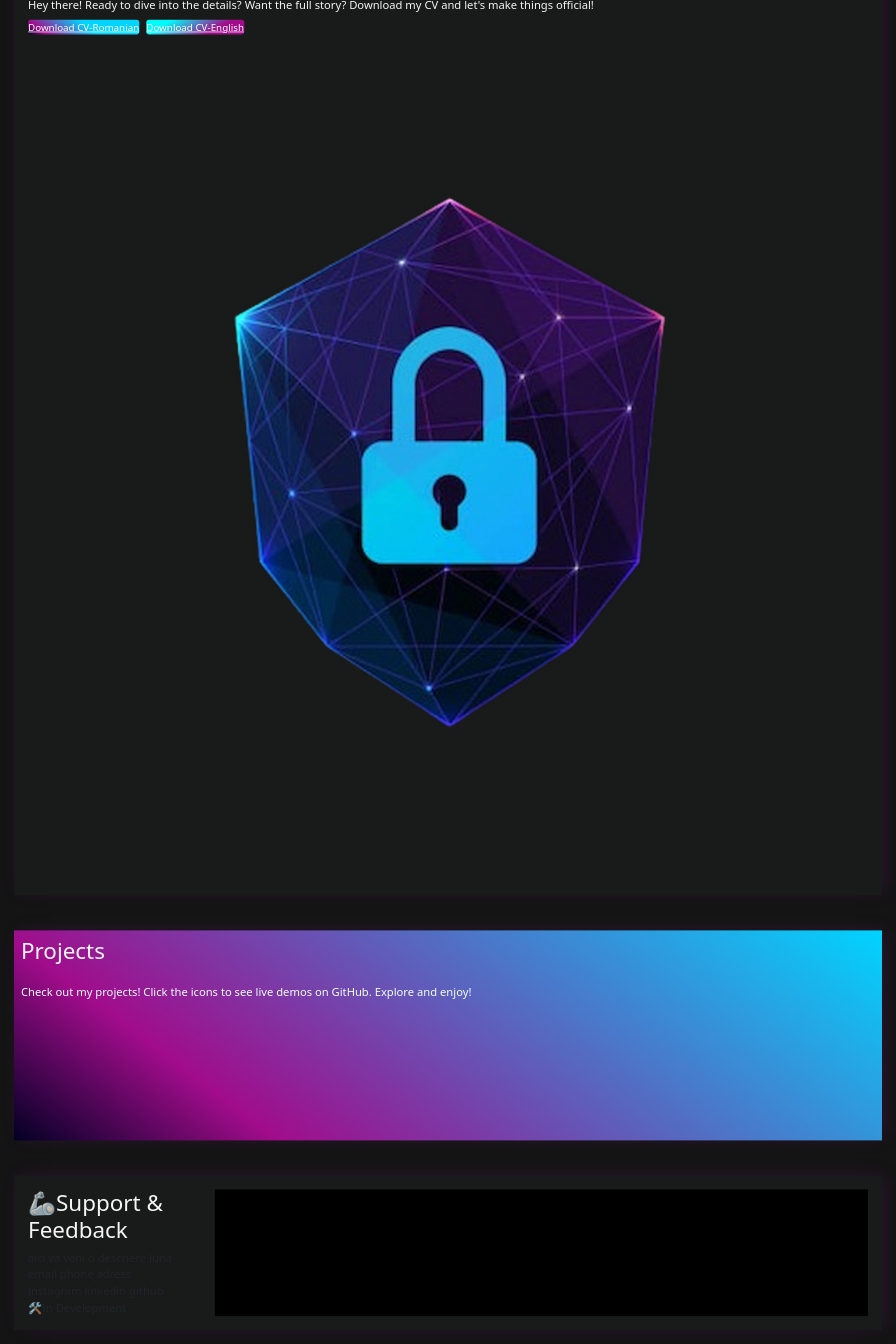
Repository: Sebastiand22/portfolio
Page: index.html
These files come from the project's save history. The page is drawn as it stood at one moment and after the next save; the edit follows.
The browser window is 1280 px wide. The pictures show the part of the page from y = 1893 to 3813 px (the page is 3813 px tall), at 70% of full size.

Above is the page before, as saved 2024-09-15 17:31:49.

After the next save:
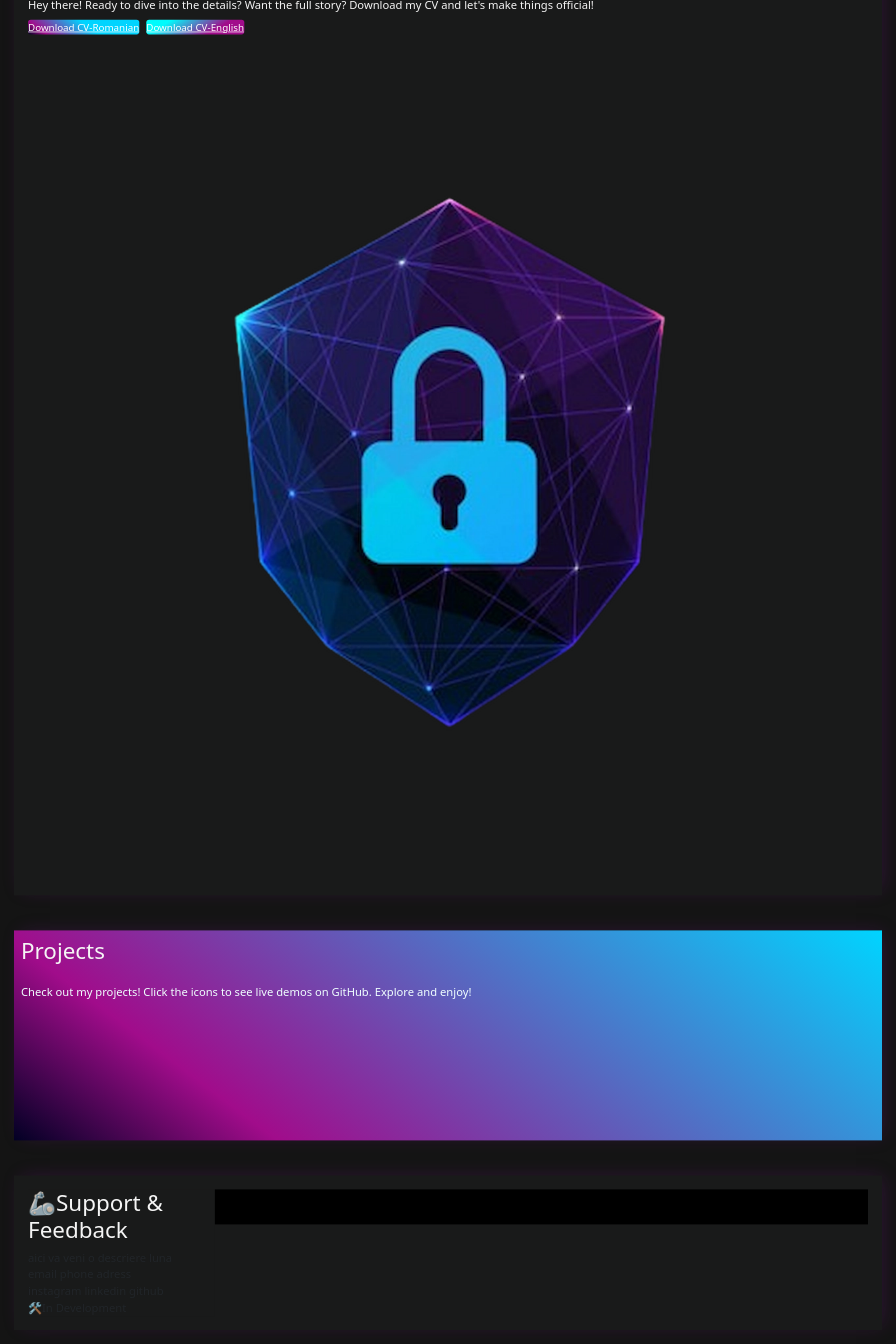
Saved 5 s later.
--- a/index.css
+++ b/index.css
@@ -360,4 +360,4 @@ h2 {
 }
 .black-footer{background-color: black;
 width: 100%;
-height}
+height:50px;}
